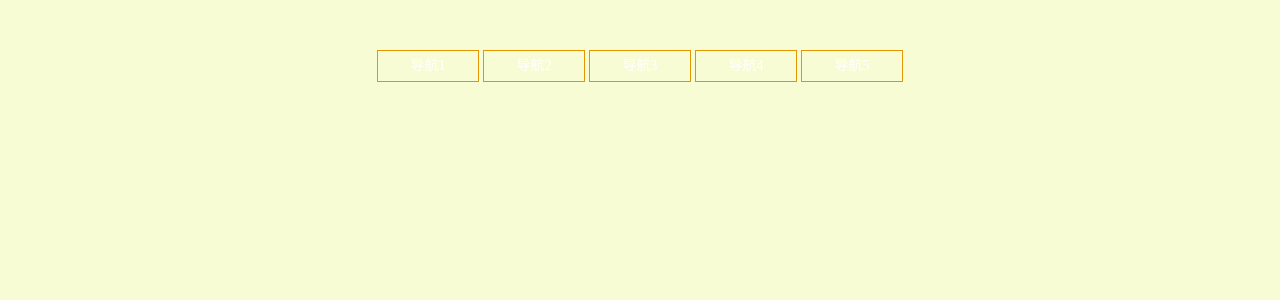
Repository: KaibutsuSama/CodePracticeExample
Page: Html5+Css3/Css3/02.背景属性/06.按钮例子.html
An editor plug-in stored every save of this project. The page is shown before and after the next save, followed by the edit.
The browser window is 1280 px wide. The pictures show the whole page.

Above is the page before, as saved 2023-01-29 22:03:18.

### Html5+Css3/Css3/02.背景属性/06.按钮例子.html
<!DOCTYPE html>
<html lang="en">

<head>
    <meta charset="UTF-8">
    <meta http-equiv="X-UA-Compatible" content="IE=edge">
    <meta name="viewport" content="width=device-width, initial-scale=1.0">
    <title>Document</title>
    <style type="text/css">
        html,body{
            height: 100%;
        }

        body{
            margin: 0;
            padding: 0;
            background-color: #f8fcd4;
        }

        .nav{
            width: 800px;
            text-align: center;
            padding-top: 50px;
            margin: 0 auto;
        }

        .nav a{
            display: inline-block;
            width: 100px;
            height: 30px;
            text-align: center;
            line-height: 30px;
            font-size: 14px;
            color: #fff;
            text-decoration: none;
            border: 1px solid #e59500;

        }


    </style>
</head>

<body>
    <div class="nav">
        <a href="">导航1</a>
        <a href="">导航2</a>
        <a href="">导航3</a>
        <a href="">导航4</a>
        <a href="">导航5</a>
    </div>
</body>

</html>

After the next save:
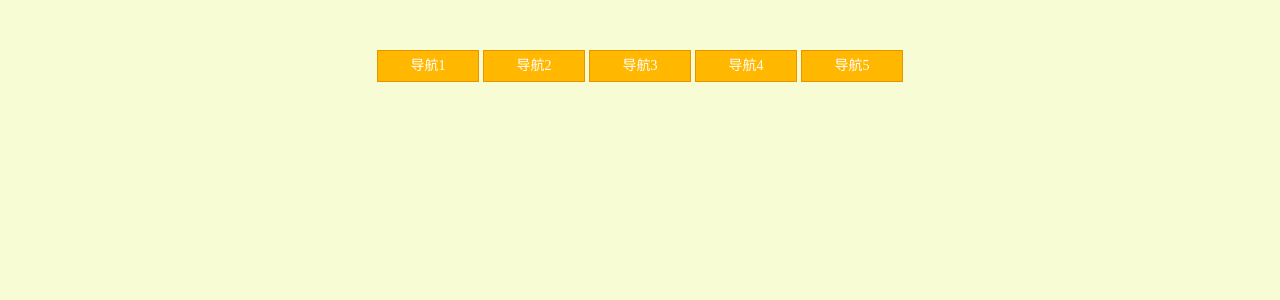
Saved 32 s later.
--- a/Html5+Css3/Css3/02.背景属性/06.按钮例子.html
+++ b/Html5+Css3/Css3/02.背景属性/06.按钮例子.html
@@ -34,6 +34,7 @@
             color: #fff;
             text-decoration: none;
             border: 1px solid #e59500;
+            background-color: #FFB700;
 
         }
 
